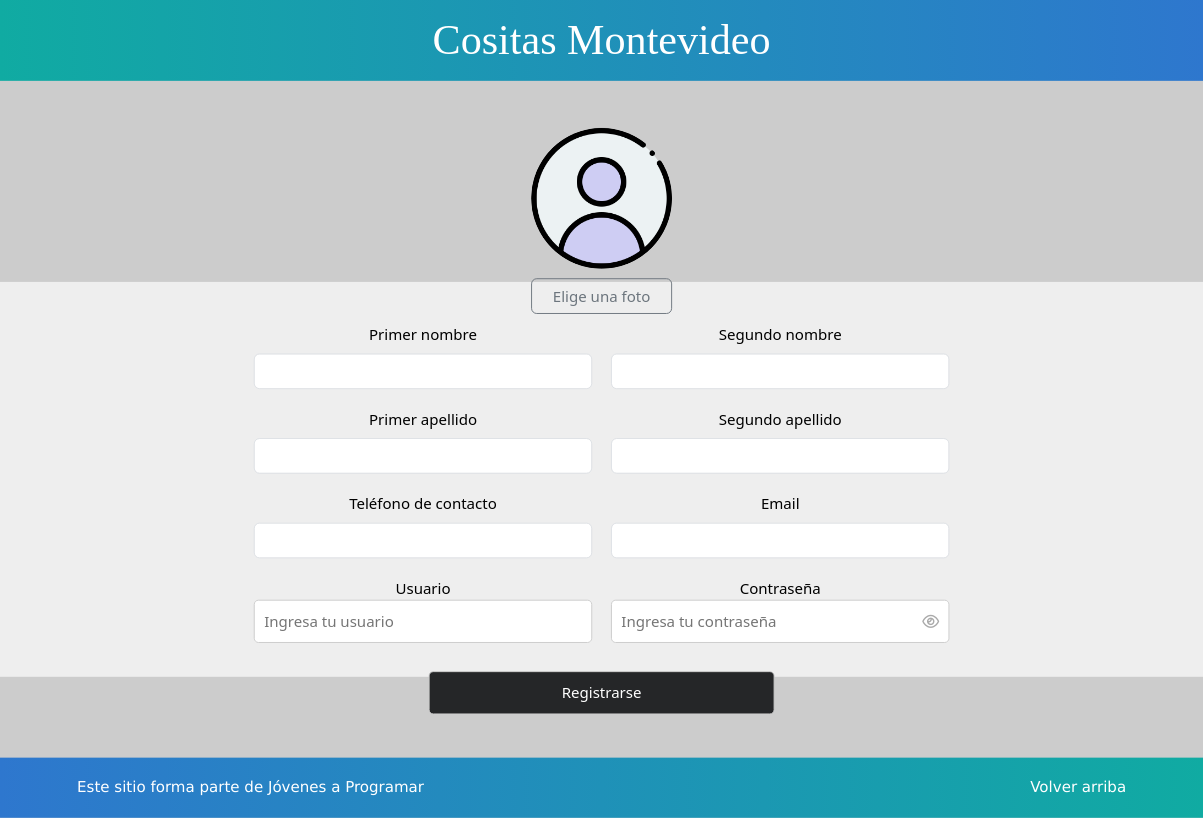
Repository: naticab/proyecto-dw
Page: registration.html
The author's editor kept a copy of each file at every save. The page is drawn from the files as they stood at one save, then again after the next save.
The browser window is 1280 px wide. The pictures show the whole page, at 94% of full size.
Some web fonts or font styles are not loaded; a fallback is used.

Above is the page before, as saved 2024-10-23 15:27:10.
Console error: TypeError: Cannot read properties of null (reading 'classList')

### registration.html
<!DOCTYPE html>
<html lang="es">

<head>
    <meta charset="UTF-8">
    <meta name="viewport" content="width=device-width, initial-scale=1, shrink-to-fit=no">
    <title>eMercado - Todo lo que busques está aquí</title>

    <link href="https://fonts.googleapis.com/css?family=Raleway:300,300i,400,400i,700,700i,900,900i" rel="stylesheet">
    <link href="css/bootstrap.min.css" rel="stylesheet">
    <link href="https://cdn.jsdelivr.net/npm/bootstrap@5.3.0/dist/css/bootstrap.min.css" rel="stylesheet">
    <link href="https://cdn.jsdelivr.net/npm/@fortawesome/fontawesome-free/css/all.min.css" rel="stylesheet">
    <link href="css/styles.css" rel="stylesheet" type="text/css">
    <link rel="stylesheet" href="css/registration.css" type="text/css">
    <link href="css/header-and-footer.css" rel="stylesheet">
    <link href="https://fonts.googleapis.com/css2?family=Love+Ya+Like+A+Sister&display=swap" rel="stylesheet">
</head>

<body>

    <header>
        <div class="header-container">
            <h1>Cositas Montevideo</h1>
        </div>
    </header>


    <main>
        <div class="profile-container">
            <div class="profile-image">
                <img src="img/usuario.png" id="profilePic" alt="avatar">
                <input type="file" name="foto" id="foto" accept="image/*" style="display: none;" />
                <label for="foto" class="btn btn-outline-secondary">Elige una foto</label>
            </div>
            <form method="post" class="row" id="myForm">
                <div class="col-md-6">
                    <label for="nombre1" class="form-label">Primer nombre</label>
                    <input type="text" class="form-control" id="nombre1" name="nombre" required>
                    <div class="invalid-feedback">Debe ingresar un nombre.</div>
                </div>
                <div class="col-md-6">
                    <label for="nombre2" class="form-label">Segundo nombre</label>
                    <input type="text" class="form-control" id="nombre2" name="nombre2">
                </div>
                <div class="col-md-6">
                    <label for="apellido1" class="form-label">Primer apellido</label>
                    <input type="text" class="form-control" id="apellido1" name="apellido" required>
                    <div class="invalid-feedback">Debe ingresar un apellido.</div>
                </div>
                <div class="col-md-6">
                    <label for="apellido2" class="form-label">Segundo apellido</label>
                    <input type="text" class="form-control" id="apellido2" name="apellido2">
                </div>
                <div class="col-md-6">
                    <label for="telefono" class="form-label">Teléfono de contacto</label>
                    <input type="tel" class="form-control" id="telefono" name="telefono">
                </div>
                <div class="col-md-6">
                    <label for="email" class="form-label">Email</label>
                    <input type="email" class="form-control" id="email" name="email" required>
                    <div class="invalid-feedback">Debe ingresar un email.</div>
                </div>
                <div class="col-md-6">
                    <label for="username">Usuario</label>
                    <input type="text" id="username" name="username" placeholder="Ingresa tu usuario">
                </div>
                <div class="col-md-6">
                    <label for="password">Contraseña</label>
                    <div class="password-container">
                        <input type="password" id="password" name="password" placeholder="Ingresa tu contraseña">
                        <i class="far fa-eye" id="togglePassword"></i>
                    </div>
                </div>
                <div class="col-12 text-center">
                    <button type="submit" id="button">Registrarse</button>
                </div>
            </form>
            <br><br>
            <div>¿Ya tienes cuenta? <a href="login.html">¡Loguéate!</a></div>
        </div>
    </main>


    <footer class="text-center py-2">
        <div class="container">
            <div class="footer-content">
                <p class="footer-text">Este sitio forma parte de <a class="footer-link"
                        href="https://jovenesaprogramar.edu.uy/" target="_blank">Jóvenes a Programar</a></p>
                <p class="footer-link-end">
                    <a class="footer-link" href="#">Volver arriba</a>
                </p>
            </div>
        </div>
    </footer>

    <script src="js/bootstrap.bundle.min.js"></script>
    <script src="js/registration.js"></script>
    <script src="js/header-and-footer.js"></script>
</body>

</html>

### css/styles.css
.jumbotron,
.card-body,
.container,
.site-header {
  font-family: 'Verdana', serif !important;
}

.row {
  color: black;
}

#login-heading {
  font-size: 2rem;
}

.jumbotron .display-4 {
  font-weight: bold;
}

h2 {
  font-size: 2rem;
}

nav a {
  text-decoration: none;
}

.bd-placeholder-img {
  font-size: 1.125rem;
  text-anchor: middle;
  -webkit-user-select: none;
  -moz-user-select: none;
  -ms-user-select: none;
  user-select: none;
}

@media (min-width: 768px) {
  .bd-placeholder-img-lg {
    font-size: 3.5rem;
  }
}

.jumbotron {
  height: 50vh;
  padding: 5em inherit;
  margin-bottom: 0;
  background-color: #53C0FB;
  background: url('../img/cover_back.png');
  background-size: cover;
  background-position: center;
  background-repeat: no-repeat;
  color: black;
  font-weight: bold;
}

@media (min-width: 768px) {
  .jumbotron {
    padding-top: 6rem;
    padding-bottom: 6rem;
  }
}

.jumbotron p:last-child {
  margin-bottom: 0;
}

.jumbotron-heading {
  font-weight: 300;
}

.jumbotron .container {
  max-width: 40rem;
  background-color: rgba(255, 255, 255, 0.5);
  border-radius: 10px;
  text-shadow: 1px 1px 2px grey;
}

.jumbotron .lead {
  font-size: 38px;
}

.dropzone {
  border: 2px dashed #0087F7;
  border-radius: 5px;
  background: white;
}

.img-fit {
  max-height: 100%;
}

.alert {
  position: fixed;
  top: 80px;
  width: 50%;
  left: 50%;
  transform: translate(-50%, 0);
}

.lds-ring {
  display: inline-block;
  position: relative;
  width: 64px;
  height: 64px;
  top: 50%;
  left: 50%;
}

.cursor-active {
  cursor: pointer;
}

.left {
  float: left;
  padding: 4px;
  background-color: rgba(255, 255, 255, 0.5);
}

.lds-ring div {
  box-sizing: border-box;
  display: block;
  position: absolute;
  width: 51px;
  height: 51px;
  margin: 6px;
  border: 6px solid #fff;
  border-radius: 50%;
  animation: lds-ring 1.2s cubic-bezier(0.5, 0, 0.5, 1) infinite;
  border-color: #fff transparent transparent transparent;
}

.lds-ring div:nth-child(1) {
  animation-delay: -0.45s;
}

.lds-ring div:nth-child(2) {
  animation-delay: -0.3s;
}

.lds-ring div:nth-child(3) {
  animation-delay: -0.15s;
}

@keyframes lds-ring {
  0% {
    transform: rotate(0deg);
  }

  100% {
    transform: rotate(360deg);
  }
}

.signin {
  width: 100%;
  max-width: 330px;
  padding: 15px;
  margin: auto;
}

#spinner-wrapper {
  position: fixed;
  background-color: rgba(0, 0, 0, 0.5);
  width: 100%;
  height: 100%;
  top: 0;
  left: 0;
  z-index: 1021;
  display: none;
}

/* main {
  min-height: calc(100vh - 210px);
} */

a.custom-card,
a.custom-card:hover {
  color: inherit;
  text-decoration: inherit;
}

.checked {
  color: orange;
}

### css/registration.css
body {
    min-height: 100vh;
    background: linear-gradient(to bottom, #cccccc 300px, #eeeeee 300px);
    display: flex;
    flex-direction: column;
    margin: 0;
    padding: 0;
}


main {
    flex-grow: 1; /* Permite que el main crezca y ocupe todo el espacio disponible */
    display: flex;
    justify-content: center;
    align-items: center;
    padding-bottom: 200px; /* Añadir espacio inferior para evitar que el footer se solape */
}


.login-container {
    width: 30em;
    text-align: center;
}

input,
button {
    width: 100%;
    padding: 10px;
    margin: 10px 0;
    border-radius: 5px;
    border: 1px solid #ccc;
}

button {
    width: 50%;
    background-color: #252628;
    color: white;
    cursor: pointer;
}

button:hover {
    background-color: #3f3f3f;
}


.password-container {
    position: relative;
}

.password-container i {
    position: absolute;
    right: 10px;
    top: 50%;
    transform: translateY(-50%);
    cursor: pointer;
    color: #aaa;
}


header {
    background: #121219;
    color: #fff;
    width: 100%;
    display: flex;
    justify-content: center;
    align-items: center;
    padding: 1rem 0;
    box-sizing: border-box;
    /* Asegúrate de que el padding no afecte el ancho total */
    margin: 0;
}

.header-container {
    width: 100%;
    text-align: center;
}

h1 {
    font-family: "Love Ya Like A Sister", cursive;
    margin: 0;
}



@media (max-width: 768px) {
    .login-container {
        width: 25em;
    }
}

@media (max-width: 576px) {

    body {
        background-color: #AAA8A4;
    }

    .login-container {
        width: 20em;
        padding: 15px;
    }

    button {
        width: 50%;
    }

    input {
        margin: 5px 0;
    }

    footer {
        visibility: hidden;
    }
}







.bd-placeholder-img {
    font-size: 1.125rem;
    text-anchor: middle;
    -webkit-user-select: none;
    -moz-user-select: none;
    -ms-user-select: none;
    user-select: none;
}

@media (min-width: 768px) {
    .bd-placeholder-img-lg {
        font-size: 3.5rem;

    }

    html,
    body {
        height: 100%;
        margin: 0;
    }
}


.profile-container {
    display: flex;
    flex-direction: column;
    align-items: center;
    padding-top: 50px;
    margin: 0 auto;
    max-width: 800px;
    padding: 50px 20px 20px 20px;
    height: 100%;
}

.profile-image img {
    border-radius: 50%;
    width: 150px;
    height: 150px;
}

form {
    max-width: 800px;
    width: 100%;
}

label {
    display: block;
    text-align: center;
}

button {
    margin-top: 20px;
}

input {
    display: block;
    margin: 0 auto;
}

.row {
    display: flex;
    flex-wrap: wrap;
    justify-content: center;
}

.col-md-6 {
    width: 50%;
    padding: 10px;
}

.btn-outline-secondary {
    display: block;
    margin-top: 10px;
}

### css/header-and-footer.css
header {
    background: linear-gradient(to right, #10ABA2, #2E77CE);
    color: #fff;
    position: relative;
}

h1 {
    font-family: "Love Ya Like A Sister", cursive;
    font-size: 2.8rem;
}

a#inicio {
    color: #f1f1f1;
    text-decoration: none;
}

a#inicio:hover {
    color: white;
    transition: color 0.3s, text-shadow 0.3s;
}

.subtitulos-header {
    font-size: 1.2rem;
}

a.nav-link {
    color: #f1f1f1;
}

a.nav-link:hover {
    color: #9b9a9b;
    transition: color 0.3s, text-shadow 0.3s;
    transform: scale(1.05);
}

/* Espaciado entre los elementos del menú */
.navbar-nav .nav-item {
    margin-right: 40px;
}

.navbar-nav .nav-item:last-child {
    margin-right: 0;
    /* Quitar margen derecho al último elemento */
}

#user-name.nav-link {
    color: #f1f1f1;
}

#user-name.nav-link:hover {
    color: #9b9a9b;
    transform: scale(1.05);
    transition: color 0.3s, text-shadow 0.3s;
}

.navbar-collapse {
    justify-content: flex-end;
}

.navbar-toggler:hover {
    cursor: pointer;
}


.user-avatar {
    border-radius: 50%;
    width: 50px;
    height: 50px;
}

.user-avatar:hover {
    transform: scale(1.10);
    transition: 0.3s;
}

.navbar-nav .dropdown-menu {
    background: linear-gradient(to right, #10ABA2, #2E77CE);
    border: none;
}

.navbar-nav .dropdown-menu:hover {
    cursor: pointer;
    color: #9b9a9b;
    transition: color 0.3s, text-shadow 0.3s;
}

.dropdown-toggle::after {
    display: none;
}

.navbar-nav .nav-link {
    display: flex;
    align-items: center;
    height: 100%;
    padding: 0.5rem 0;
}



/* Modo Claroscuro */

/* Modo Claro */
body.light-mode {
    background-color: #edf2f374;
}

body.light-mode .product-card:hover {
    box-shadow: 0 4px 8px #16161633;
    background-color: #bef3ff91;
    cursor: pointer;
}

body.light-mode .related-products:hover {
    box-shadow: #00000033;
    background-color: #bef3ff91;
    cursor: pointer;
}



/* Modo Oscuro */
body.dark-mode {
    background-color: #262729;
    color: rgb(208, 208, 208);
}

body.dark-mode .product-card:hover {
    box-shadow: 0 4px 8px #16161633;
    background-color: #bef3ff;
    cursor: pointer;
}

body.dark-mode .related-products:hover {
    box-shadow: #00000033;
    background-color: #bef3ff;
    cursor: pointer;
}

body.dark-mode .color-letters {
    color: white;
}


/* Palanca para activar el claroscuro */

#mode-toggle {
    border: none;
    outline: none;
    box-shadow: none;
}

#mode-toggle i {
    transition: color 0.3s;
    font-size: 1.2rem;
    cursor: pointer;
    color: #ffffff;
}

#mode-toggle:hover {
    background: none;
    transform: scale(1.05);
}

#mode-toggle:hover .fa-sun {
    color: #ffd700;
}

#mode-toggle:hover .fa-moon {
    color: #000000;
}



/* Cart */

#cart-button {
    border: none;
    outline: none;
    box-shadow: none;
    background-color: transparent;
}

#cart-button i {
    transition: color 0.3s;
    font-size: 1.2rem;
    color: #ffffff;
}

#cart-button i:hover {
    color: #9B9A9B;
    transform: scale(1.05);
}




@media (max-width: 995px) {

    .hamburger {
        display: flex;
        flex-direction: row;
        align-items: center;
        justify-content: space-between;
    }

    .navbar-toggler {
        position: relative;
        right: 0;
    }

    .navbar-collapse {
        display: none;
        position: absolute;
        top: 148%;
        left: -45px;
        width: 270%;
        z-index: 999;
        flex-direction: column-reverse;
        align-items: center;
        justify-content: center;
    }

    .navbar-collapse.show {
        display: flex;
    }

    .navbar-nav {
        background: linear-gradient(to right, #10ABA2, #2E77CE);
        color: #fff;
        padding: 1.5rem;
        border-radius: 0 0 100px 100px;
        font-weight: bold;
        text-align: center;
        display: flex;
        justify-content: center;
        /* Centra horizontalmente todos los li */
        align-items: center;
        /* Centra verticalmente los li */
        width: 100%;
    }

    .navbar-toggler-icon {
        background-image: url('data:[embedded picture, 238 characters]');
        filter: brightness(0) invert(1);
        /* Cambia el icono a blanco */
    }

    .navbar-toggler:focus {
        outline: none;
        box-shadow: none;
    }


    .navbar-nav:hover {
        cursor: pointer;
    }

    a.nav-link:hover {
        color: #9b9a9b;
        transition: color 0.3s, text-shadow 0.3s;
        transform: scale(1.05);
    }

    .navbar-nav .nav-item {
        margin: 10px 0;
    }
}


footer {
    background: linear-gradient(to right, #2E77CE, #10ABA2);
    color: #fff;
    min-height: 4rem;
    display: flex;
    justify-content: center;
    align-items: center;
    padding: 0 1rem;
}

.container {
    width: 100%;
}

.footer-content {
    display: flex;
    justify-content: space-between;
    width: 100%;
    align-items: center;
}

.footer-text {
    margin: 0;
    text-align: center;
}

.footer-link-end {
    margin: 0;
    text-align: right;
}

.footer-link {
    color: #fff;
    text-decoration: none;
}

.footer-link:hover {
    color: #9b9a9b;
    transition: color 0.3s, text-shadow 0.3s;
    transform: scale(1.05);
}


/* Menú desplegable del usuario */

@media (max-width: 995px) {
    .navbar-nav .dropdown-menu {
        width: auto;
        min-width: 150px;
        max-width: 200px;
        left: 0;
        right: auto;
        top: 100%;
        position: relative;
        z-index: 1000;
    }

    .dropdown-menu>li {
        padding: 0.05rem;

    }

    .dropdown-item {
        width: 100%;
        white-space: normal;
    }
}

main {
    min-height: 100vh;
    /* El contenido ocupará al menos el 100% de la altura de la ventana */
    padding-bottom: 30px;
    /* Da espacio suficiente para que el contenido no se superponga con el footer */
    box-sizing: border-box;
}

### js/registration.js
document.getElementById('togglePassword').addEventListener('click', function () {
  const passwordField = document.getElementById('password');
  const type = passwordField.getAttribute('type') === 'password' ? 'text' : 'password';
  passwordField.setAttribute('type', type);

  this.classList.toggle('fa-eye-slash');
});

document.getElementById('myForm').addEventListener('submit', function (event) {
  // Evitar que el formulario se envíe al servidor
  event.preventDefault();

  const username = document.getElementById('username').value;
  const password = document.getElementById('password').value;

  if (username !== '' && password !== '') {
      alert('¡Bienvenido! Muchas gracias por registrarte con nosotros');

      localStorage.setItem('isAuthenticated', 'true');
      localStorage.setItem('username', username);

      window.location.href = 'index.html';
  } else {
      alert('Por favor, ingresa un usuario y contraseña válidos.');
  }
});



document.addEventListener("DOMContentLoaded", function () {
    const defaultFile = 'img/usuario.png';
    const fileInput = document.getElementById('foto');
    const profilePic = document.getElementById('profilePic');
    const userImageElement = document.getElementById('user-image');
    const userImage = userImageElement ? userImageElement.querySelector('img') : null;

    // Cargar la imagen de perfil desde localStorage
    const savedImage = localStorage.getItem('profileImage');
    if (savedImage) {
      profilePic.src = savedImage; // Actualiza la imagen en el perfil
      if (userImage) userImage.src = savedImage; // Actualiza la imagen en el header
    } else {
      profilePic.src = defaultFile; // Imagen por defecto
      if (userImage) userImage.src = defaultFile; // Imagen por defecto
    }

    fileInput.addEventListener('change', e => {
      if (e.target.files[0]) {
        const reader = new FileReader();
        reader.onload = function (e) {
          const imageBase = e.target.result;
          profilePic.src = imageBase; // Actualiza la imagen en el perfil
          if (userImage) userImage.src = imageBase; // Actualiza la imagen en el header
          localStorage.setItem('profileImage', imageBase); // Guarda la imagen en localStorage
        };
        reader.readAsDataURL(e.target.files[0]); // Lee el archivo como URL en Base64
      } else {
        profilePic.src = defaultFile; // Imagen por defecto
        if (userImage) userImage.src = defaultFile; // Imagen por defecto
        localStorage.removeItem('profileImage'); // Eliminar imagen de localStorage
      }
    });

    // Recuperar los datos guardados en localStorage al cargar la página
    const nombre1 = document.getElementById("nombre1");
    const apellido = document.getElementById("apellido1");
    const email = document.getElementById("email");

    if (localStorage.getItem("nombre")) {
      nombre1.value = localStorage.getItem("nombre");
    }

    if (localStorage.getItem("apellido")) {
      apellido.value = localStorage.getItem("apellido");
    }

    if (localStorage.getItem("userEmail")) {
      email.value = localStorage.getItem("userEmail");
    }

    // Validación del formulario y guardar datos en localStorage
    document.getElementById("regBtn").addEventListener("click", function (e) {
      e.preventDefault(); // Evita el envío del formulario
      let isValid = true;

      // Validar campos requeridos
      if (!nombre1.value.trim()) {
        nombre1.classList.add("is-invalid");
        isValid = false;
      } else {
        nombre1.classList.remove("is-invalid");
        nombre1.classList.add("is-valid");
      }

      if (!apellido.value.trim()) {
        apellido.classList.add("is-invalid");
        isValid = false;
      } else {
        apellido.classList.remove("is-invalid");
        apellido.classList.add("is-valid");
      }

      // Validación del email usando una expresión regular para verificar que tenga @
      const emailRegex = /^[^\s@]+@[^\s@]+\.[^\s@]+$/;
      if (!email.value.trim() || !emailRegex.test(email.value)) {
        email.classList.add("is-invalid");
        isValid = false;
      } else {
        email.classList.remove("is-invalid");
        email.classList.add("is-valid");
      }

      // Si todo es válido, guardar en localStorage
      if (isValid) {
        localStorage.setItem("nombre", nombre1.value);
        localStorage.setItem("apellido", apellido.value);
        localStorage.setItem("userEmail", email.value);
        alert("Datos guardados con éxito.");
      }
    });
  });

### js/header-and-footer.js
document.addEventListener('click', function(event) {
    var navbar = document.querySelector('.navbar-collapse');
    var toggler = document.querySelector('.navbar-toggler');

    // Si el menú está abierto y se hace clic fuera de él, lo cierra
    if (navbar.classList.contains('show') && !navbar.contains(event.target) && !toggler.contains(event.target)) {
        var bsCollapse = new bootstrap.Collapse(navbar, {
            toggle: false
        });
        bsCollapse.hide();
    }
});

// Cerrar el menú automáticamente al hacer clic en cualquier enlace
var navLinks = document.querySelectorAll('.nav-link');
navLinks.forEach(function(link) {
    link.addEventListener('click', function() {
        var navbar = document.querySelector('.navbar-collapse');
        var bsCollapse = new bootstrap.Collapse(navbar, {
            toggle: false
        });
        bsCollapse.hide();
    });
});


// Modo Claroscuro

// Seleccionar el botón y el icono
const modeToggle = document.getElementById("mode-toggle");
const themeIcon = document.getElementById("theme-icon");

// Establecer el modo inicial según el modo de color preferido del navegador
if (localStorage.getItem("theme") === "dark") {
    document.body.classList.add("dark-mode");
    themeIcon.classList.remove("fa-moon");
    themeIcon.classList.add("fa-sun");
} else {
    document.body.classList.add("light-mode");
    themeIcon.classList.remove("fa-sun");
    themeIcon.classList.add("fa-moon");
}

// Función para alternar entre modos
modeToggle.addEventListener("click", () => {
    document.body.classList.toggle("dark-mode");
    document.body.classList.toggle("light-mode");

    // Cambiar el icono y guardar la preferencia en localStorage
    if (document.body.classList.contains("dark-mode")) {
        themeIcon.classList.remove("fa-moon");
        themeIcon.classList.add("fa-sun");
        localStorage.setItem("theme", "dark");
    } else {
        themeIcon.classList.remove("fa-sun");
        themeIcon.classList.add("fa-moon");
        localStorage.setItem("theme", "light");
    }
});

Loaded but not shown: css/bootstrap.min.css (library); js/bootstrap.bundle.min.js (library)

After the next save:
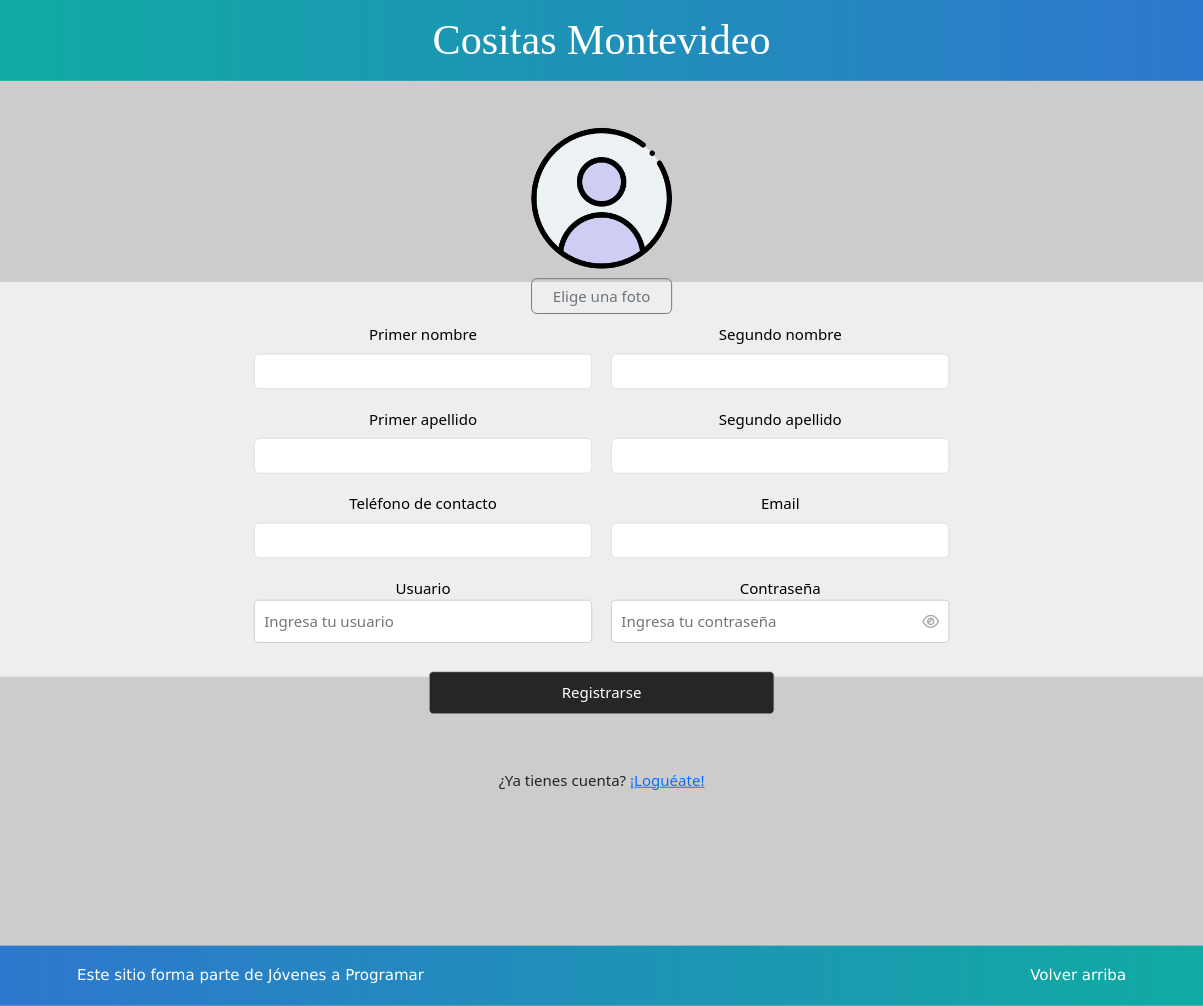
Saved 18 s later.
--- a/css/registration.css
+++ b/css/registration.css
@@ -13,7 +13,7 @@ main {
     display: flex;
     justify-content: center;
     align-items: center;
-    padding-bottom: 200px; /* Añadir espacio inferior para evitar que el footer se solape */
+    margin-bottom: 200px; /* Añadir espacio inferior para evitar que el footer se solape */
 }
 
 
